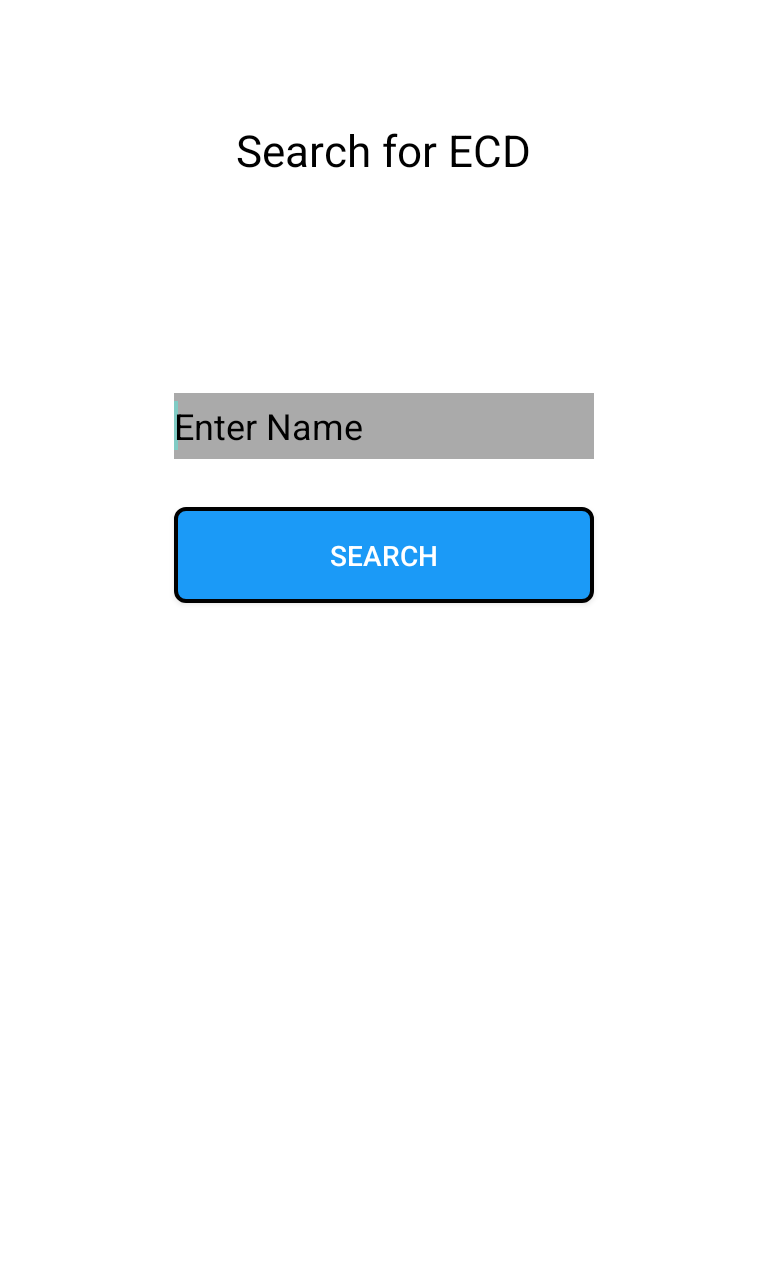
Repository: Team-7/prototype.6
Layout: workspace/Hope World Wide/res/layout/select.xml
These files come from the project's save history. The layout is drawn as it stood at one moment and after a run of saves; the edit follows.
It is drawn on a 768 x 1280 px phone screen (xhdpi) without system bars, with theme AppTheme; the app's code is not run.

Above is the layout before, as saved 2014-05-29 11:44:02.

### workspace/Hope World Wide/res/layout/select.xml
<?xml version="1.0" encoding="utf-8"?>
<RelativeLayout xmlns:android="http://schemas.android.com/apk/res/android"
    android:id="@+id/RelativeLayout1"
    android:layout_width="match_parent"
    android:layout_height="match_parent"
    android:orientation="vertical"
    android:background="#FFFFFF" >

    <TextView
        android:id="@+id/textView1"
        android:layout_width="wrap_content"
        android:layout_height="wrap_content"
        android:layout_alignParentTop="true"
        android:layout_centerHorizontal="true"
        android:layout_marginTop="60dp"
        android:text="@string/ecd1"
        android:textAppearance="?android:attr/textAppearanceLarge"
        android:textColor="#000000" />

    <Button
        android:id="@+id/button1"
        android:layout_width="wrap_content"
        android:layout_height="wrap_content"
        android:layout_alignLeft="@+id/autoCompleteTextView1"
        android:layout_alignRight="@+id/autoCompleteTextView1"
        android:layout_below="@+id/autoCompleteTextView1"
        android:layout_marginTop="24dp"
        android:background="@drawable/calculate"
        android:text="@string/mySearch" />

    <TextView
        android:id="@+id/notFound"
        android:layout_width="wrap_content"
        android:layout_height="wrap_content"
        android:layout_alignLeft="@+id/button1"
        android:layout_alignRight="@+id/button1"
        android:layout_below="@+id/button1"
        android:layout_marginTop="18dp"
        android:textSize="20sp" />

    <AutoCompleteTextView
        android:id="@+id/autoCompleteTextView1"
        android:layout_width="wrap_content"
        android:layout_height="33dp"
        android:layout_below="@+id/textView1"
        android:layout_centerHorizontal="true"
        android:layout_marginTop="107dp"
        android:background="@android:color/darker_gray"
        android:ems="10"
        android:hint="@string/search"
        android:inputType="text"
        android:textColor="#000000"
        android:textColorHint="@android:color/background_dark" >

        <requestFocus />
    </AutoCompleteTextView>

</RelativeLayout>

### workspace/Hope World Wide/res/values/styles.xml
<resources>

    <!--
        Base application theme, dependent on API level. This theme is replaced
        by AppBaseTheme from res/values-vXX/styles.xml on newer devices.
    -->


    <!-- Application theme. -->
    <style name="AppTheme" parent="Theme.AppCompat">
        <!-- All customizations that are NOT specific to a particular API-level can go here. -->
    </style>

    <style name="Text"> </style>
    <style name="Text.Strong">
           <item name="@android:paddingLeft">2dp</item>
           <item name="@android:paddingBottom">2dp</item>
           <item name="@android:textColor">#000000</item>
           <item name="@android:textStyle">bold|italic</item>
     </style>

     <style name="Text.Strong.Blurry">
           <item name="@android:shadowColor">#BBBBBB</item>
           <item name="@android:shadowDx">2</item>
           <item name="@android:shadowDy">2</item>
           <item name="@android:shadowRadius">15</item>
           <item name="@android:textStyle">bold</item>
     </style>

</resources>

### workspace/Hope World Wide/res/values/strings.xml
<?xml version="1.0" encoding="utf-8"?>
<resources>

    <string name="app_name">HopeWorldWide</string>
    <string name="hello_world">Hello world!</string>
    <string name="action_settings">Settings</string>
    <string name="login"> Login</string>
    <string name="menu"> Home</string>
     <string name="myecd"> Search for ECD</string>
    <string name="username"> Username</string>
    <string name="password"> Password</string>

    <string name="name">Name: </string>
    <string name="height">Height: </string>
    <string name="heightValue">Enter Height</string> <!-- height hint -->
    <string name="weight">Weight: </string>
    <string name="weightHint">Enter Weight</string> <!-- weight hint -->
    <string name="mySearch">Search</string>
    <string name="logout">Logout</string>
    <string name="update">Update Child</string>
    <string name="bmiTitle">Child Information</string>
    <string name="save">Save</string>
    <string name="cancel">Cancel</string>


    <string name="age">Age: </string>
    <string name="calculate">Calculate</string>
    <string name="currentBMI">Current BMI: </string>
    <string name="previousBMI">Previous BMI: </string>
     <string name="AutoCompleteTextView"></string>

     <string name="cm">cm</string>
      <string name="kg">kg</string>
       <string name="hopeworldwide">     \t\t Hope \n         World Wide</string>

       <string name="Login">Login</string> <!-- text in the login button -->
       <string name="login2">Login</string><!-- name of the login page  -->
       <string name="bmi">BMI Calculator</string> <!-- name of the page that calculate bmi -->

       <string name="landing">Hope World Wide</string>

       <!-- landing page buttons -->
        <string name="lButton1">BMI Calculator</string>
        <string name="lButton2">Add Child</string>
        <string name="lButton3">Synchronize Data</string>

        <string name="search">Enter Name</string>
        <string name="ecd">Enter ECD Name</string>
        <string name="ecd1">Search for ECD</string>
         <string name="autocompete">Auto complete</string>

         <string name="sync">Synchronize</string>

         <string name="updateC">Update Child</string>
         <string name="calc">BMI Calculator</string>
         <string name="addC">Add child</string>

         <string name="clogo">child logo</string>
         <string name="synclogo">sync logo</string>
         <string name="calclogo">calc logo</string>
         <string name="addlogo">add logo</string>
         <string name="logoutlogo">logout logo</string>
         <string name="updatelogo">update logo</string>


</resources>

### workspace/Hope World Wide/res/drawable/calculate.xml
<?xml version="1.0" encoding="utf-8"?>
<shape xmlns:android="http://schemas.android.com/apk/res/android"
    android:shape="rectangle" >

    <stroke android:width="2dip" >
    </stroke>

    <solid android:color="#1B9AF7" >
    </solid>

    <corners
        android:bottomLeftRadius="5dip"
        android:bottomRightRadius="5dip"
        android:topLeftRadius="5dip"
        android:topRightRadius="5dip" >
    </corners>

</shape>

After the next 2 saves:
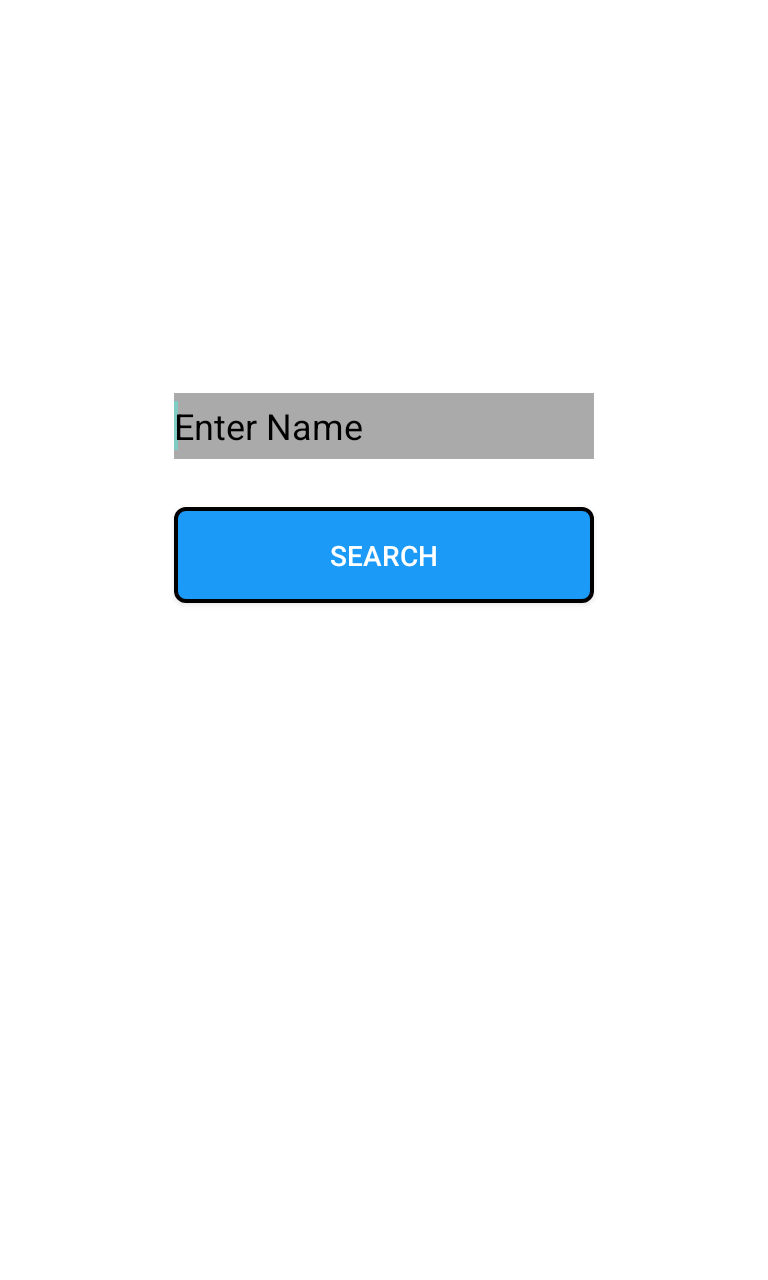
The 2 saves are shown as one change because 1 did not build or start.
The last was saved 94 s later.
--- a/workspace/Hope World Wide/res/layout/select.xml
+++ b/workspace/Hope World Wide/res/layout/select.xml
@@ -15,7 +15,7 @@
         android:layout_marginTop="60dp"
         android:text="@string/ecd1"
         android:textAppearance="?android:attr/textAppearanceLarge"
-        android:textColor="#000000" />
+        style="@style/Text.Strong.Blurry"/>
 
     <Button
         android:id="@+id/button1"
